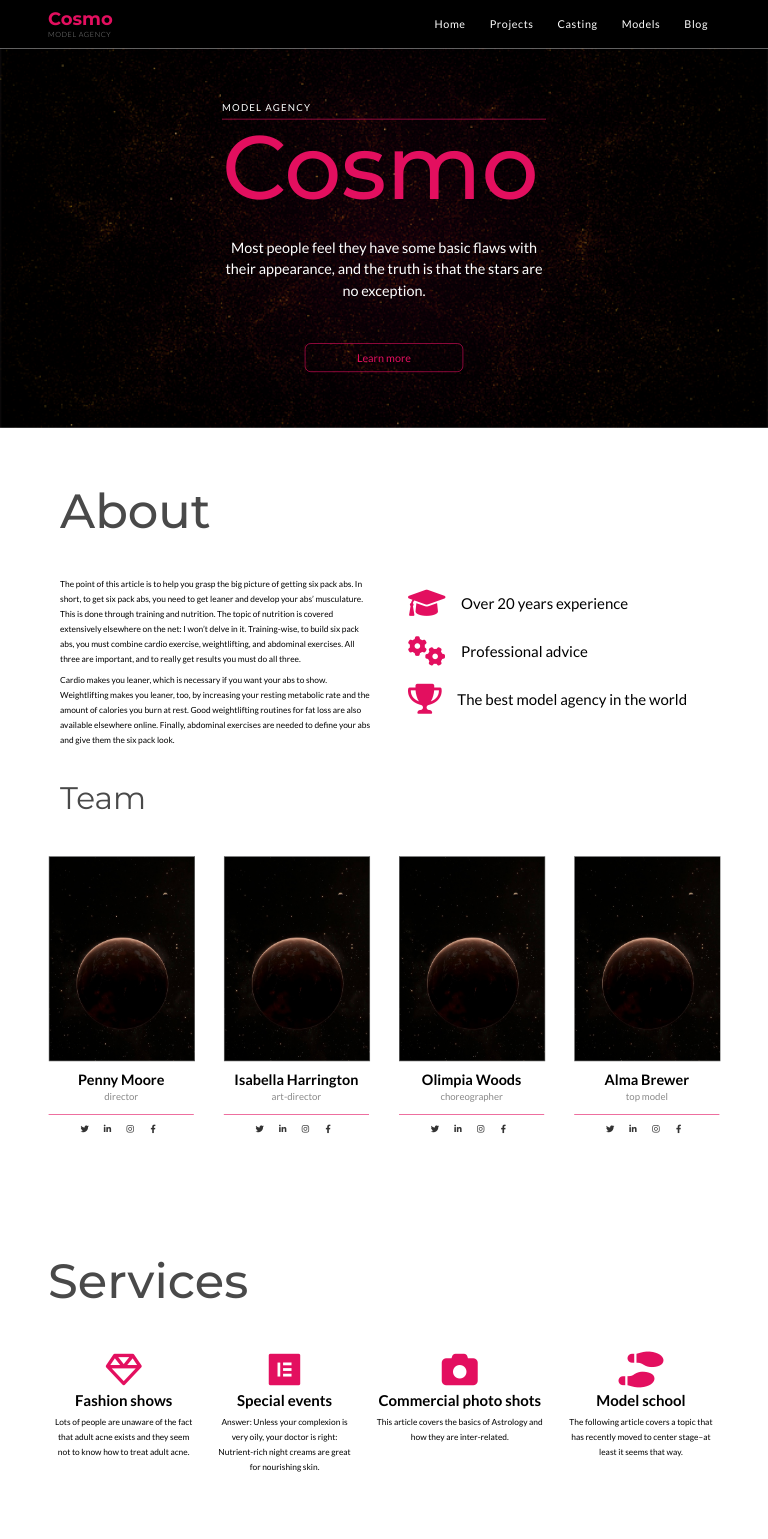
Repository: soniaarefin/cosmo
Page: index.html
An editor plug-in stored every save of this project. The page is shown before and after the next save, followed by the edit.
The browser window is 1280 px wide. The pictures show the whole page, at 60% of full size.

Above is the page before, as saved 2021-11-09 21:40:15.

### index.html
<!DOCTYPE html>
<html lang="en">
<head>
    <meta charset="UTF-8">
    <meta http-equiv="X-UA-Compatible" content="IE=edge">
    <meta name="description" content="&amp;lt;p&amp;gt;&amp;lt;strong&amp;gt;Cosmo&amp;lt;/strong&amp;gt; — is a clean, modern template that is suitable for &amp;l...">
    <meta name="keywords" content="HTML, CSS, JavaScript">
    <meta name="robots" content="noindex, nofollow" />
    <meta name="author" content="Sonia Arefin" >
    <meta name="viewport" content="width=device-width, initial-scale=1.0">
    <!-- <meta http-equiv="refresh" content="30" url="http://www.google.com"> -->
    <meta http-equiv = "cookie" content = "userid = xyz; expires = Wednesday, 20-Oct-21 23:59:59 GMT;" />
    <meta http-equiv = "Content-Type" content = "text/html; charset = UTF-8" />
    <!-- Title -->
    <title>Cosmo</title>
    <!-- CSS Links-->

    <!-- Fontawesome Links -->
    <link rel="stylesheet" href="https://cdnjs.cloudflare.com/ajax/libs/font-awesome/6.0.0-beta2/css/all.min.css">
    <!-- Google Fonts -->
    <link rel="preconnect" href="https://fonts.googleapis.com">
    <link rel="preconnect" href="https://fonts.gstatic.com" crossorigin>
    <link href="https://fonts.googleapis.com/css2?family=Lato:ital,wght@0,100;0,300;0,400;0,700;0,900;1,100;1,300&family=Montserrat:ital,wght@0,100;0,200;0,300;0,400;0,500;0,700;0,800;0,900;1,100;1,200;1,300;1,400&display=swap" rel="stylesheet">
    <!-- Custom CSS-->
    <link rel="stylesheet" href="assets/css/base.css">
    <link rel="stylesheet" href="assets/css/style.css">
    <link rel="stylesheet" href="assets/css/custom.css">
    <link rel="stylesheet" href="assets/css/responsive.css">
</head>
<body>
    <!-- Page Header Starts -->
    <header class="header">
        <div class="container">
            <nav class="nav-bar">
                <div class="wrapper-logo">
                    <a class="logo" href="index.html">
                        <span class="logo__heading">Cosmo</span><span class="logo__subheading">Model Agency</span>
                    </a>
                </div>
                <div class="wrapper-menu">
                    <ul class="menu-bar"><a class="menu-responsive-button" href="#"></a>
                        <li class="dropdown"><a class="dropbtn" href="#">Home</a>
                            <!-- <div class="dropdown-content">
                                <a href="#">Home Link 1</a>
                                <a href="#">Home Link 2</a>
                                <a href="#">Home Link 3</a>
                            </div> -->
                        </li>
                        <li class="dropdown"><a class="dropbtn" href="#">Projects</a>
                            <div class="dropdown-content">
                                <a href="#">Projects Link 1</a>
                                <a href="#">Projects Link 2</a>
                                <a href="#">Projects Link 3</a>
                            </div>
                        </li>
                        <li class="dropdown"><a class="dropbtn" href="casting.html">Casting</a>
                        </li>
                        <li class="dropdown"><a class="dropbtn" href="models.html">Models</a>
                        </li>
                        <li class="dropdown"><a class="dropbtn" href="blog.html">Blog</a>
                        </li>
                    </ul>
                </div>
            </nav>
        </div>
    </header>
    <!-- Page Header Ends -->
    <!-- Page Main Starts -->
    <main class="page-main">
        <!-- Section Intro Starts -->
        <section class="page-section page-section_intro intro-img">
            <div class="container">
                <div class="row">
                    <div class="col-25"></div>
                    <div class="col-50 section-intro" >
                        <header class="page-section_intro_header">
                            <span class="section-intro_span">MODEL AGENCY</span>
                            <hr class="divider">
                            <h1 class="page-section_intro_header_h1">Cosmo</h1>
                        </header>
                        <p class="section-intro_txt">Most people feel they have some basic flaws with their appearance, and the truth is that the stars are no exception.</p>
                        <div class="page-section_intro__btn">
                            <a class="page-section_intro__btn_btn button" href="#">Learn more</a>
                        </div>
                    </div>
                    <div class="col-25"></div>
                </div>
            </div>
        </section>
        <!-- Section Intro Ends -->
        <!-- Section About Starts -->
        <section class="page-section page-section-about">
            <div class="container">
                <div class="row">
                    <div class="col-100 section-about">
                        <h1 class="section-h1">About</h1>
                    </div>
                </div>
                <div class="row">
                    <div class="col-50 section-about_paragraph">
                        <p>The point of this article is to help you grasp the big picture of getting six pack abs. In short, to get six pack abs, you need to get leaner and develop your abs’ musculature. This is done through training and nutrition. The topic of nutrition is covered extensively elsewhere on the net: I won’t delve in it. Training-wise, to build six pack abs, you must combine cardio exercise, weightlifting, and abdominal exercises. All three are important, and to really get results you must do all three.</p>
                        <p>Cardio makes you leaner, which is necessary if you want your abs to show.  Weightlifting makes you leaner, too, by increasing your resting metabolic rate and the amount of calories you burn at rest. Good weightlifting routines for fat loss are also available elsewhere online. Finally, abdominal exercises are needed to define your abs and give them the six pack look.</p>
                    </div>
                    <div class="col-50 section-about_list_item">
                        <ul class="section-about_list">
                            <li class="about_list"><i class="fas fa-graduation-cap about-icon"></i><span class="about-list_span">Over 20 years experience</span></li>
                            <li class="about_list"><i class="fas fa-cogs about-icon"></i><span class="about-list_span">Professional advice</span></li>
                            <li class="about_list"><i class="fas fa-trophy about-icon"></i><span class="about-list_span">The best model agency in the world</span></li>
                        </ul>
                    </div>
                </div>
                <div class="col-100 mt-50 ">
                    <h3 class="h3">Team</h3>
                </div>
                <div class="mb-90">
                    <!-- <div class="col-25 team-member-wrapper">
                        <img class="team-member img-responsive" src="assets/images/abstract-g.png" alt="cosmo">
                    </div> -->
                    <div class="team-grid_container team-member-wrapper">
                        <!-- Team Member 1 -->
                        <div class="team-member1">
                            <img class="grid-item img-responsive team-member" src="assets/images/galaxy-n.jpg" alt="cosmo"><span class="team-member_name">Penny Moore</span><span class="team-member_designation">director</span>
                            <hr class="divider">
                            <ul class="team-social_icons">
                                <li class="social-icon"><a class="icon-twitter link-social-icon" href="#"><i class="fab fa-twitter"></i></a></li>
                                <li class="social-icon"><a class="icon_linkedin link-social-icon" href="#"><i class="fab fa-linkedin-in"></i></a></li>
                                <li class="social-icon"><a class="icon_instagram link-social-icon" href="#"><i class="fab fa-instagram"></i></a></li>
                                <li class="social-icon"><a class="icon_facebook link-social-icon" href="#"><i class="fab fa-facebook-f"></i></a></li>
                            </ul>
                        </div>
                        <!-- Team Member 1 -->
                        <!-- Team Member 2 -->
                        <div class="team-member2">
                            <img class="grid-item img-responsive team-member" src="assets/images/galaxy-n.jpg" alt="cosmo"><span class="team-member_name">Isabella Harrington</span><span class="team-member_designation">art-director</span>
                            <hr class="divider">
                            <ul class="team-social_icons">
                                <li class="social-icon"><a class="icon-twitter link-social-icon" href="#"><i class="fab fa-twitter"></i></a></li>
                                <li class="social-icon"><a class="icon_linkedin link-social-icon" href="#"><i class="fab fa-linkedin-in"></i></a></li>
                                <li class="social-icon"><a class="icon_instagram link-social-icon" href="#"><i class="fab fa-instagram"></i></a></li>
                                <li class="social-icon"><a class="icon_facebook link-social-icon" href="#"><i class="fab fa-facebook-f"></i></a></li>
                            </ul>
                        </div>
                        <!-- Team Member 2 -->
                        <!-- Team Member 3 -->
                        <div class="team-member3">
                            <img class="grid-item img-responsive team-member" src="assets/images/galaxy-n.jpg" alt="cosmo"><span class="team-member_name">Olimpia Woods</span><span class="team-member_designation">choreographer</span>
                            <hr class="divider">
                            <ul class="team-social_icons">
                                <li class="social-icon"><a class="icon-twitter link-social-icon" href="#"><i class="fab fa-twitter"></i></a></li>
                                <li class="social-icon"><a class="icon_linkedin link-social-icon" href="#"><i class="fab fa-linkedin-in"></i></a></li>
                                <li class="social-icon"><a class="icon_instagram link-social-icon" href="#"><i class="fab fa-instagram"></i></a></li>
                                <li class="social-icon"><a class="icon_facebook link-social-icon" href="#"><i class="fab fa-facebook-f"></i></a></li>
                            </ul>
                        </div>
                        <!-- Team Member 3 -->
                        <!-- Team Member 4 -->
                        <div class="team-member4">
                            <img class="grid-item img-responsive team-member" src="assets/images/galaxy-n.jpg" alt="cosmo"><span class="team-member_name">Alma Brewer</span><span class="team-member_designation">top model</span>
                            <hr class="divider">
                            <ul class="team-social_icons">
                                <li class="social-icon"><a class="icon-twitter link-social-icon" href="#"><i class="fab fa-twitter"></i></a></li>
                                <li class="social-icon"><a class="icon_linkedin link-social-icon" href="#"><i class="fab fa-linkedin-in"></i></a></li>
                                <li class="social-icon"><a class="icon_instagram link-social-icon" href="#"><i class="fab fa-instagram"></i></a></li>
                                <li class="social-icon"><a class="icon_facebook link-social-icon" href="#"><i class="fab fa-facebook-f"></i></a></li>
                            </ul>
                        </div>
                        <!-- Team Member 4 -->
                    </div>
                </div>
            </div>
        </section>
        <!-- Section About Ends -->
        <!-- Section Services Starts -->
        <section class="page-section">
            <div class="container">
                <div class="section-services">
                    <h1 class="section-h1">Services</h1>
                </div>
                <div class="grid-container service-container">
                    <div class="services-grid_item">
                        <i class="services-icon fa-regular fa-gem"></i>
                        <span class="services-span">Fashion shows</span>
                        <p class="service-paragraph">Lots of people are unaware of the fact that adult acne exists and they seem not to know how to treat adult acne.</p>
                    </div>
                    <div class="services-grid_item">
                        <i class="services-icon fab fa-elementor"></i>
                        <span class="services-span">Special events</span>
                        <p class="service-paragraph">Answer: Unless your complexion is very oily, your doctor is right: Nutrient-rich night creams are great for nourishing skin.</p>
                    </div>
                    <div class="services-grid_item">
                        <i class="services-icon fas fa-camera"></i>
                        <span class="services-span">Commercial photo shots</span>
                        <p class="service-paragraph">This article covers the basics of Astrology and how they are inter-related.</p>
                    </div>
                    <div class="services-grid_item">
                        <i class="services-icon fa-solid fa-shoe-prints"></i>
                        <span class="services-span">Model school</span>
                        <p class="service-paragraph">The following article covers a topic that has recently moved to center stage–at least it seems that way.</p>
                    </div>
                </div>
            </div>
        </section>
        <!-- Section Services Ends -->
    </main>
    <!-- Page Main Ends -->
    <!-- Page Footer Starts -->
    <!-- Page Footer Starts -->
    <!-- JS links -->
    <!-- JS links -->
    <!-- Custom JS -->
    <!-- Custom JS -->
</body>
</html>

### assets/css/base.css

/* Body and general styles */
* {
    margin: 0;
    padding: 0;
    /* box-sizing: border-box; */
}
html {
    font-size: 14px;
}
body {
    position: relative;
    width: 100%;
    color: rgb(0, 0, 0);
    background-color: rgb(255, 255, 255));
    font-family: 'Lato', sans-serif;
    font-size: 100%;
    font-weight: 400;
    margin: 0;
    padding: 0;
}
h1,h2,h3,h4,h5,h6 {
    font-family: 'Montserrat', sans-serif;
    font-weight: 700;
}
p {
    line-height: 25px;
    margin-top: 0;
    margin-bottom: 10px;
}
a {
    text-decoration: none;
    background-color: transparent;
    cursor: pointer;
    transition: all 0.4s ease-in-out;
}
ul {
    list-style-type: none;
    margin: 0;
    padding: 0;
    overflow: hidden;
}
li {
    float: left;
}
hr {
    border: 0;
    height: 0;
    box-sizing: content-box;
}
img {
    vertical-align: middle;
}

### assets/css/custom.css
.container {
    width: 1120px;
    margin-right: auto;
    margin-left: auto;
    padding-left: 20px;
    padding-right: 20px;
}
.img-responsive {
    display: block;
    width: 100%;
    height: auto;
}
a:hover {
    text-decoration: none;
    color: #e30f5f;
}
a:focus, a:active {
    outline: none;
    text-decoration: none;
    color: #e30f5f;
}
.button:focus, .button:active {
    outline: none;
}
.button {
    position: relative;
    display: inline-block;
    padding: 12px 86px;
    -webkit-border-radius: 10px;
    color: #e30f5f;
    border-radius: 10px;
    font-size: 18px;
    border: 1px solid #e30f5f;
    overflow: hidden;
    transition: all 0.4s ease-in-out;
}
.button:hover {
    border-color: #331a24;
    background-color: #331a24;
    color: #fff;
}
.mt-50 {
    margin-top: 50px;
}
.mb-60 {
    margin-bottom: 60px;
}
.mb-90 {
    margin-bottom: 90px;;
}
.col-100 {
    position: relative;
    min-height: 1px;
    padding-left: 20px;
    padding-right: 20px;
    float: left;
    width: 100%;
    height: auto;
}
.col-20 {
    float: left;
    width: 20%;
    height: auto;
}
.col-25 {
    float: left;
    width: 25%;
    height: auto;
}
.col-33 {
    float: left;
    width: 33.33%;
    /*padding: 10px; */
    height: auto;
}
.col-34 {
    float: left;
    width: 34%;
    height: auto;
}
.col-50 {
    position: relative;
    min-height: 1px;
    padding-left: 20px;
    padding-right: 20px;
    float: left;
    width: 50%;
    height: auto;
}
.col-60 {
    float: left;
    width: 60%;
    height: auto;
}
.col-66 {
    float: left;
    width: 66%;
    height: auto;
}
/* .row:after {
    content: "";
    display: table;
    clear: both;
} */
.row {
    display: flex;
}
.divider {
    margin-top: 10px;
    margin-bottom: 10px;
    border-top: 1px solid #e30f5f;
}
.h3 {
    color: #494949;
    font-size: 52px;
    font-weight: 400;
    font-family: 'Montserrat', sans-serif;;
    line-height: 1;
    margin-bottom: 60px;
}
/* .h2 {
    font-size: 5.71429rem;
    line-height: 6.42857rem;
    margin-bottom: 60px;
} */
.grid-container {
    display: grid;
    grid-column-gap: 40px;
    grid-template-columns: auto auto auto auto;
    /* background-color: #2196F3; */
    padding: 10px;
    justify-content: center;
}
.grid-item {
    background-color: rgba(255, 255, 255, 0.8);
    border: 1px solid rgba(0, 0, 0, 0.8);
    /* padding: 20px; */
    font-size: 30px;
    text-align: center;
}
/* .[class^="icon-"]:before, [class*=" icon-"]:before {
    font-family: "freepik";
    font-style: normal;
    font-weight: normal;
    speak: none;
    display: inline-block;
    text-decoration: inherit;
    width: 1em;
    margin-right: .2em;
    text-align: center;
    /* opacity: .8; */
    /* font-variant: normal;
    text-transform: none;
    line-height: 1em;
    margin-left: .2em; */
    /* font-size: 120%; */
    /* -webkit-font-smoothing: antialiased; */
    /* -moz-osx-font-smoothing: grayscale; */
    /* text-shadow: 1px 1px 1px rgba(127, 127, 127, 0.3); */
} */

### assets/css/responsive.css
/* Custom, iPhone Retina */
@media only screen and (max-width: 320px) {
  /**/
}

/*==========  Mobile First Method  ==========*/
/* Custom, iPhone Retina */
@media only screen and (min-width: 320px) {
  /**/
}

/* Extra Small Devices, Phones */
@media only screen and (min-width: 480px) {
  /**/
}

/* Small Devices, Tablets */
@media only screen and (min-width: 768px) {
  /**/
}

/* Medium Devices, Desktops */
@media only screen and (min-width: 992px) {
  /**/
      /* .col-25 {
          width: 25%;
          float: left;
      } */
}

/* Large Devices, Wide Screens */
@media only screen and (min-width: 1200px) {
  /**/
}

Loaded but not shown: assets/css/style.css (413 lines, source omitted)

After the next save:
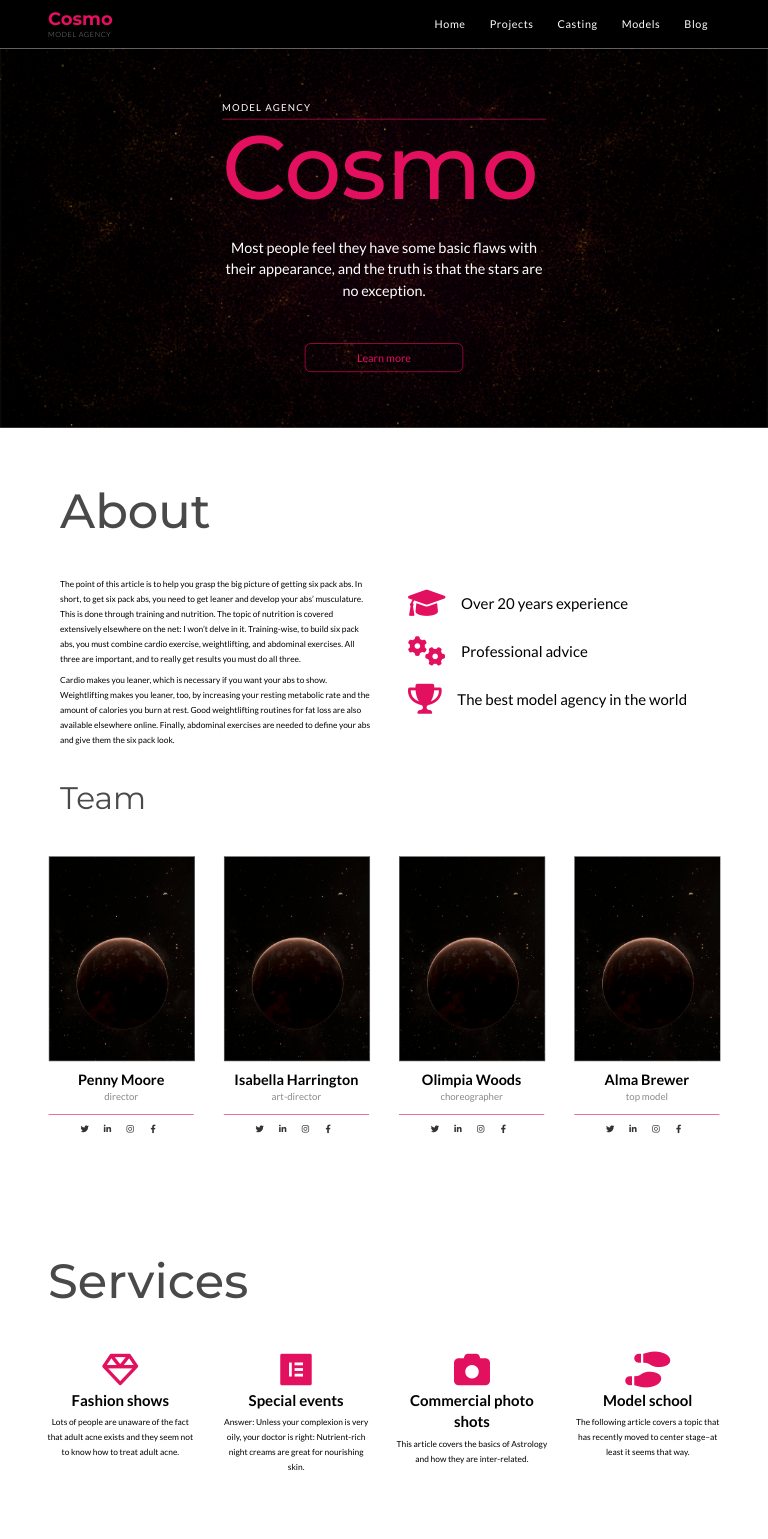
Saved 50 s later.
--- a/index.html
+++ b/index.html
@@ -176,7 +176,7 @@
                 <div class="section-services">
                     <h1 class="section-h1">Services</h1>
                 </div>
-                <div class="grid-container service-container">
+                <div class="services-grid_container service-container">
                     <div class="services-grid_item">
                         <i class="services-icon fa-regular fa-gem"></i>
                         <span class="services-span">Fashion shows</span>
